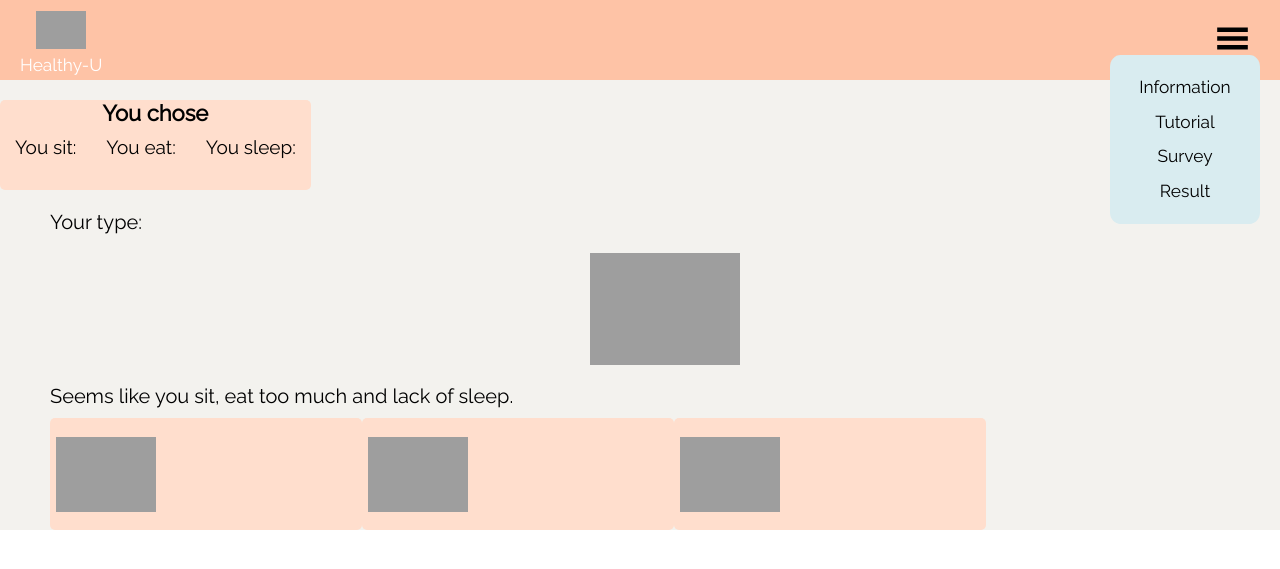
Repository: smashy09/healthy-share
Page: /ResultPage2, after clicking the first element matching `div.HamburgerMenu`
An editor plug-in stored every save of this project. The page is shown before and after the next save, followed by the edit.
The browser window is 1280 px wide. The pictures show the whole page.
Pictures or frames that could not be fetched are drawn as grey boxes. The project was rebuilt for these pictures with package versions that can differ from the ones it lists, and the page was loaded fresh each time. The framework's server and built-in components were replaced by stand-ins that run in the browser. Also part of the build but not shown: next.config.js, pages/ResultPage/resultpage.css.

Above is the page before, as saved 2020-05-14 22:02:42.

### pages/_app.js
// import App from 'next/app'
import './app.css';

function MyApp({ Component, pageProps }) {
    return <Component {...pageProps} />
  }

  // Only uncomment this method if you have blocking data requirements for
  // every single page in your application. This disables the ability to
  // perform automatic static optimization, causing every page in your app to
  // be server-side rendered.
  //
  // MyApp.getInitialProps = async (appContext) => {
  //   // calls page's `getInitialProps` and fills `appProps.pageProps`
  //   const appProps = await App.getInitialProps(appContext);
  //
  //   return { ...appProps }
  // }

  export default MyApp

### pages/_document.js
import Document, { Html, Head, Main, NextScript } from 'next/document'


class MyDocument extends Document {
  static async getInitialProps(ctx) {
    const initialProps = await Document.getInitialProps(ctx)
    return { ...initialProps }
  }

  render() {
    return (
      <Html>
        <Head />
        <body>
        <link href="https://fonts.googleapis.com/css2?family=Raleway&display=swap" rel="stylesheet"></link>
          <Main />
          <NextScript />
        </body>
      </Html>
    )
  }
}

export default MyDocument

### pages/ResultPage2/index.js
import React from 'react';
import './resultpage.css';
import Header from '../../comps/Header';
import ResultCard from '../../comps/ResultCard';
import Results from '../../comps/Results';

const ResultPage = ({backgroundColor, margin}) => <div style={{backgroundColor}}>

    <div id="resultpage" >
        <Header />
        <div style={{margin:margin}}>
        <ResultCard />
        </div>
        <Results />
    </div>
</div>

ResultPage.defaultProps = {
    backgroundColor:"#F3F2EE",
    margin:"20px 0"
}

export default ResultPage;

### pages/app.css
*{
    font-family: 'Raleway', sans-serif;
}

### comps/Header/index.js
import React from 'react';
import Link from 'next/link';
import './header.css'
import {GiHamburgerMenu} from 'react-icons/gi';


const logoImg = require('./logo.png');

const Header = ({ text, color, fontSize, text1, text2, text3,text4, lineHeight}) => <div>
    <div className="HeaderContainer">
        <div className="HeaderLogo" style={{color, fontSize}} > <Link href="/HomePage"><img src={logoImg}/></Link><div>{text}</div></div>
        <div className="HamburgerMenu" onClick={MenuToggle}><GiHamburgerMenu size="35" /></div>
        <div className="HamburgermenuContainer" style={{fontSize, lineHeight}}>
        <Link href="/InformationPage"><div className="HamburgerItem">{text4}</div></Link>
            <Link href="/AnimationPage1"><div className="HamburgerItem">{text1}</div></Link>
            <Link href="/Survey1"><div className="HamburgerItem">{text2}</div></Link>
            <Link href="/ResultPage"><div className="HamburgerItem">{text3}</div></Link>
        </div>
    </div>
</div>

Header.defaultProps = {
    text: "Healthy-U",
    color: "#fff",
    fontSize: "13pt",
    text1: "Tutorial",
    text2: "Survey",
    text3: "Result",
    text4: "Information",
    lineHeight: "2em"
}


var menuState = false;
function MenuToggle() {
    if (menuState === true) {
        document.querySelector(".HamburgermenuContainer").style.display = "none";
        menuState = false;

    } else {
        document.querySelector(".HamburgermenuContainer").style.display = "block";
        menuState = true;
    }
}

export default Header;

### comps/ResultCard/index.js
import React from "react";
import './resultcard.css';
import {data} from '../../data';

var result_state1 = {
    qnum: 0,
    items: [
      {
        title: "7+ Hours",
        advice: "You sit an unhealthy amount, decreasing the amount of time you sit will improve your mental health and reduce the risk of health problems like diabetes",
        num: 3
      },
      {
        title: "3-5 hours",
        advice: "You sit a decent amount, but to improve try scraping another hour of sitting away and do some cardio exercises",
        num: 2
      },
      {
        title: "1-2hours",
        advice: "You are sitting a healthy amount! Great work, try improving your blood flow by doing cardio.",
        num: 1
      }
    ]
  };

  var result_state2 = {
    qnum: 0,
    items: [
      {
        title: "None",
        advice: "A minimum of 400g of fruit and veg should be eaten every day",
        num: 1
      },
      {
        title: "1 cup",
        advice: "Try implementing another cup of vegetables throughout your daily meals. Carrots make for a great snack!",
        num: 2
      },
      {
        title: "2+ cups",
        advice: "You have a great diet! Just make sure you add some protein and other nutritional foods as well!",
        num: 3
      }
    ]
  };

  var result_state3 = {
    qnum: 0,
    items: [
      {
        title: "4- Hours",
        advice: "Get at least 7 hours of sleep. Avoid consuming alcohol or caffeine before bedtime.",
        num: 1
      },
      {
        title: "5-6 Hours",
        advice: "Try getting a couple more hours of sleep, you'll feel more energized during the day.",
        num: 2
      },
      {
        title: "7+ hours",
        advice: "You are getting a good amount of sleep! Keep within 7-10 hours to stay healthy.",
        num: 3
      }
    ]
  };


const ResultCard = ({header, question1, question2, question3, answer1, answer2, answer3, backgroundColor}) => <div
className="result_card" style={{backgroundColor:backgroundColor}}>
        <div className="result_header">
            {header}
        </div>
        <div className="ResultCardContainer">
            <div className="ResultCard">
                <div style={{fontSize:"19px"}} className="result" >
                    {question1}
                </div>
                <div style={{fontSize:"21px"}} className="card_answer">
                  {data.resultsit}
                    <div className="result_status1"></div>
                </div>
            </div>
            <div className="ResultCard" >
                <div style={{fontSize:"19px"}} className="result" >
                    {question2}
                </div>
                <div style={{fontSize:"21px"}} className="card_answer">
                  {data.resulteat}
                    <div id="result_status2"></div>
                </div>
            </div>
            <div className="ResultCard">
                <div style={{fontSize:"19px"}} className="result">
                    {question3}
                </div>
                <div style={{fontSize:"21px"}} className="card_answer">
                     {data.resultsleep}
                     <div id="result_status2"></div>
                </div>
            </div>
        </div>
    </div>




ResultCard.defaultProps = {
    backgroundColor:"#FFDECD",
    header:"You chose",
    question1:"You sit:",
    question2:"You eat:",
    question3:"You sleep:",
    answer1:"7+ Hours",
    answer2:"1cup",
    answer3:"3-4 Hours",
}


export default ResultCard;

### comps/Results/index.js
import React from 'react';
import './results.css';
import {data, ChangeData, Calculation, Sumup} from '../../data';


const couchpotatoImg = require('./couchpotato.svg');
const workoutImg = require('./workout.svg');
const lesscaloriesImg = require('./veggies.svg');
const sleepImg = require('./sleep.svg');

const Results = ({type, couchpotatoImg, result, advice1, advice2, advice3}) => <div className="results">
    Your type: <span style={{fontSize:"20px",fontWeight:"bold"}}>{type}</span>
    <div className="resultImg">
        <img src={couchpotatoImg} />
    </div>
    <div className="resultText">
        {result}
    </div>

    <div className="solution">
        <div className="solution_box">
            <img src={workoutImg} />
            <div className="solution_text">
                {data.advicesit}
            </div>
        </div>
        <div className="solution_box">
            <img src={lesscaloriesImg} />
            <div className="solution_text" >
                {data.adviceeat}
            </div>
        </div>
        <div className="solution_box">
            <img src={sleepImg} />
            <div className="solution_text">
                {data.advicesleep}
            </div>
        </div>
    </div>
</div>


Results.defaultProps = {
    couchpotatoImg:couchpotatoImg,
    workoutImg:workoutImg,
    lesscaloriesImg:lesscaloriesImg,
    sleepImg:sleepImg,
    advice1:"Try three days of strength training, two days of cardio, and two days of active rest.",
    advice2:"A minimum of 400g of fruit and veg should be eaten every day",
    advice3:"Get at least 7 hours of sleep. Avoid consuming alcohol or caffeine before bedtime.",
    result:"Seems like you sit, eat too much and lack of sleep."
}

export default Results;

### comps/Header/header.css
body, html{
    margin:0;
}

.HeaderContainer {
    width: 100%;
    height: 80px;
    background-color:#fec3a6;
    display: inline-flex;
    align-items: center;
}

.HeaderLogo:hover {
    opacity: 0.7;
}

.HeaderLogo:hover {
    opacity: 0.7;
}

.HamburgerMenu {
    position: absolute;
    right: 30px;
}

.HamburgerMenu:hover{
    color: white;
}

.HeaderLogo {
    padding-left: 20px;
    display: inline-flex;
    flex-direction: column;
    align-items: center;
    justify-content: center;
}

.HeaderLogo img{
    width: 50px;
    height: 50px;
    object-fit: contain;

}

.HamburgermenuContainer {
    margin: 20px;
    width: 120px;
    background-color: #D9ECF0;
    border-radius: 7%;
    text-align: center;
    padding: 15px;
    position: absolute;
    right: 0;
    top: 35px;
    display: none;
    z-index: 1;
}

.HamburgermenuContainer:hover {
    opacity: 0.8;
}


.HamburgerItem:hover {
    color: rgb(214, 129, 157);
    cursor: pointer;
}

### comps/ResultCard/resultcard.css
.result_card {
    display: inline-flex;
    flex-direction: column;
    align-items: center;
    border-radius: 5px;
    height: 90px;
    /* position: relative;
    left: 5%;
    margin-left: 35px; */
}

.result_header {
    font-weight: bold;
    font-size: 22px;
}

.ResultCardContainer{
    display: inline-flex;
    justify-content: center;
    align-items: center;
    position: relative;
}

.ResultCard{
    margin: 10px;
    text-align: center;
}

.result{
    padding: 0 5px 0 5px;
}

### data.js
export var data = {
    resultsit : "",
    resulteat : "",
    resultsleep : "",
    advicesit : "",
    adviceeat : "",
    advicesleep : ""
}

export function ChangeData(d){
    data = d;


}

export var Calculation = {
    choice : {
        result: {
            point3: "",
            point2: "",
            point1: ""
        },
        type: {
            healthy: "",
            average: "",
            couchpotato: ""
        }
    }

}

export function Sumup(){
    if(choice.result.point1+choice.result.point2+choice.result.point3>=7){
        choice.type.healthy = "Go-getters";

    } else if(choice.result.point1+choice.result.point2+choice.result.point3>=4 && choice.result.point1+choice.result.point2+choice.result.point3 <=6){
        choice.type.average = "Average";
    } else if(choice.result.point1+choice.result.point2+choice.result.point3<4){
        choice.type.couchpotato = "Couchpotato";
    }
}

### comps/Results/results.css
.results{
    font-size: 20px;
    margin-left: 50px;
}

.resultImg{
    display: flex;
    justify-content: center;
}

.resultImg img{
    width: 150px;
    height: 150px;
    object-fit: contain;
}

.solution_box{
    display: inline-flex;
    justify-content: center;
    align-items: center;
    margin-top: 10px;
    /* border: 1px solid black; */
    background-color: #FFDECD;
    border-radius: 5px;
}

.solution img{
    width: 100px;
    height: 100px;
    object-fit: contain;
    margin: 6px;
}

.solution img:hover{
    opacity: 0.7;
}

.solution_text{
    width: 200px;
    font-size: 18px;
}

After the next save:
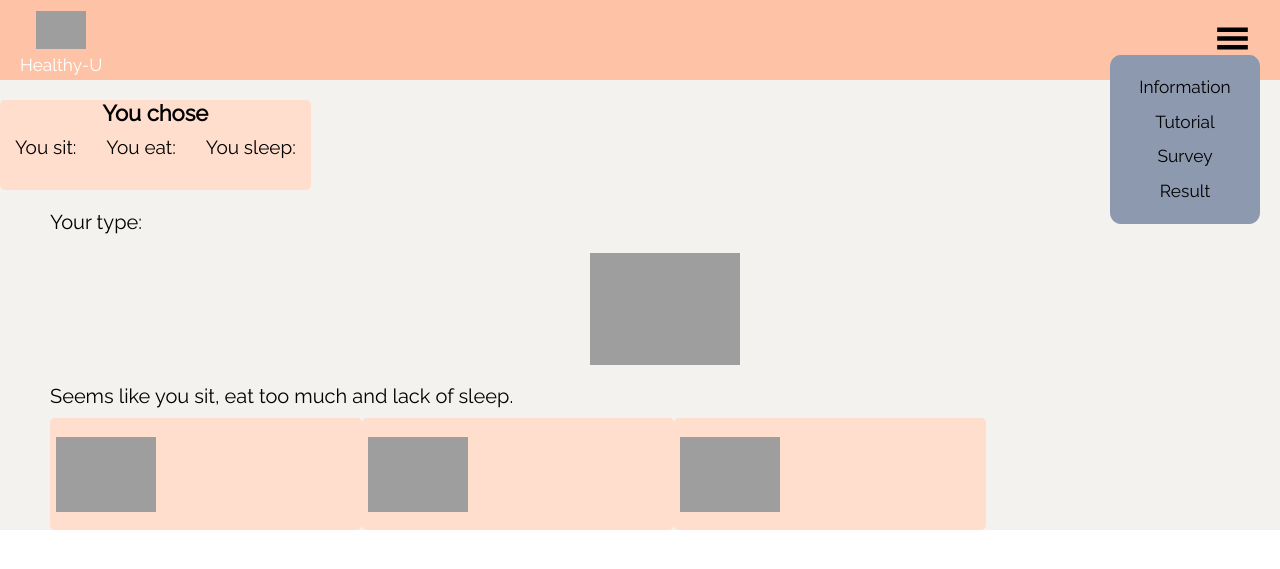
Saved 100 min 28 s later.
--- a/comps/Header/header.css
+++ b/comps/Header/header.css
@@ -45,7 +45,7 @@
 .HamburgermenuContainer {
     margin: 20px;
     width: 120px;
-    background-color: #D9ECF0;
+    background-color:#8D99AE;
     border-radius: 7%;
     text-align: center;
     padding: 15px;

After the save that followed:
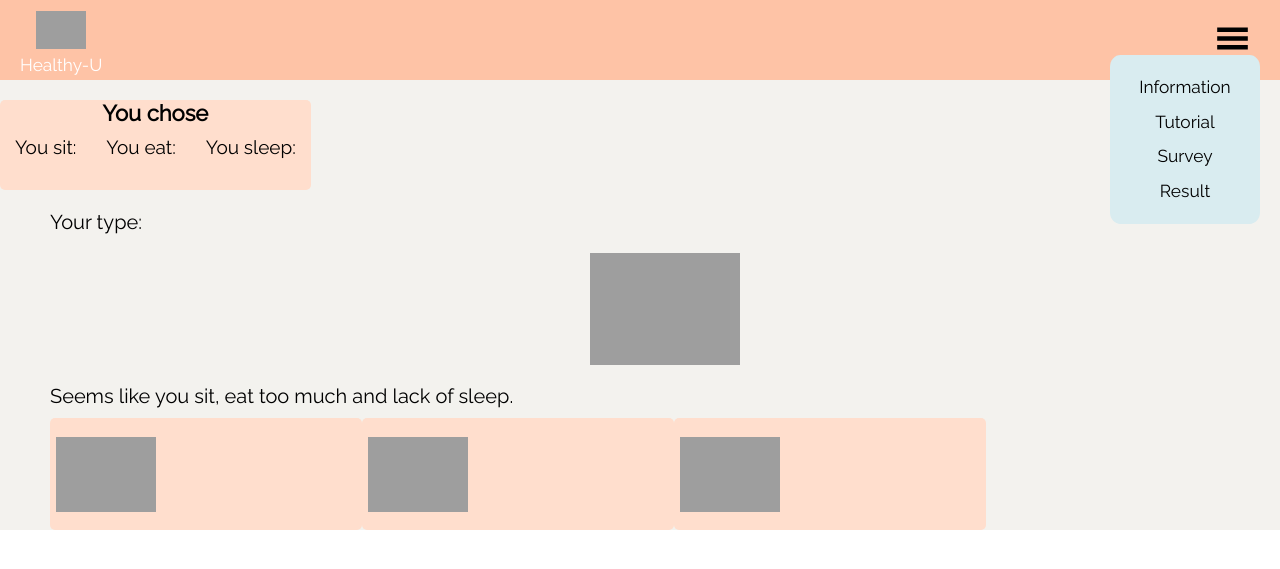
Saved 17 s later.
--- a/comps/Header/header.css
+++ b/comps/Header/header.css
@@ -45,7 +45,7 @@
 .HamburgermenuContainer {
     margin: 20px;
     width: 120px;
-    background-color:#8D99AE;
+    background-color: #D9ECF0;
     border-radius: 7%;
     text-align: center;
     padding: 15px;
